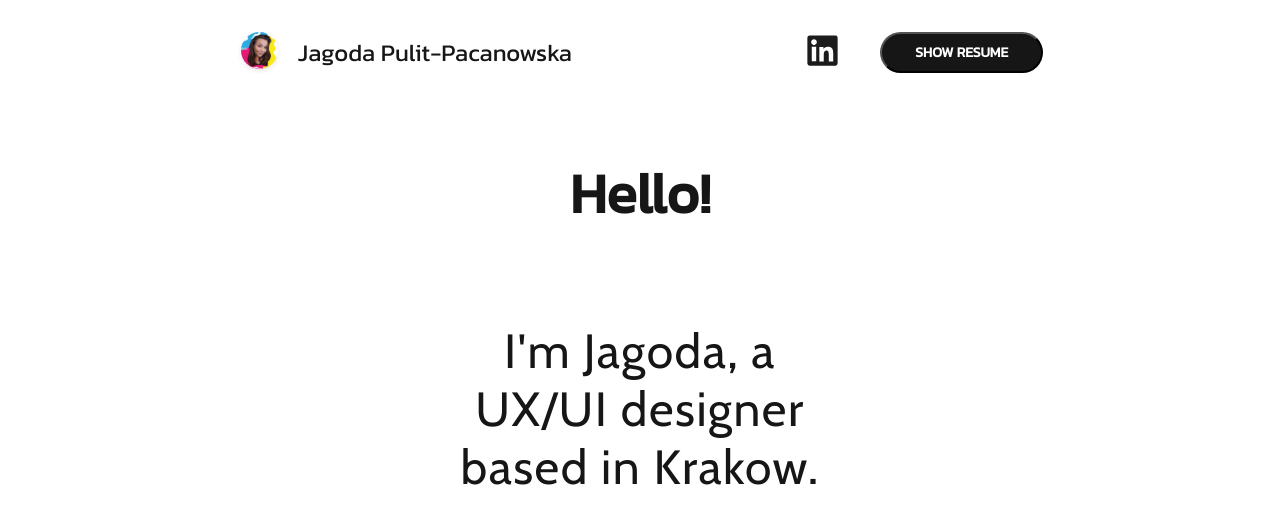
Repository: remigiuszpulit/ux-ui-portfolio
Page: /
An editor plug-in stored every save of this project. The page is shown before and after a run of saves, followed by the edit.
The browser window is 1280 px wide. The pictures show the whole page.
The project was rebuilt for these pictures with package versions that can differ from the ones it lists, and the page was loaded fresh each time.

Above is the page before, as saved 2022-09-22 21:04:23.

### src/App.js
import {
  BrowserRouter,
  Routes,
  Route,
} from "react-router-dom";
import styled from "styled-components";
import Navbar from "./components/Navbar";
import GlobalStyle from "./globalStyles";
import Index from "./pages";

function App() {
  return (<>
  <GlobalStyle/>
  <BrowserRouter>
  <Navbar/>
    <GlobalContainer>
    <Routes>
      <Route path="/" element={<Index />}>
        {/* <Route path="expenses" element={<Expenses />} />
        <Route path="invoices" element={<Invoices />} /> */}
      </Route>
    </Routes>
    </GlobalContainer>
  </BrowserRouter></>)
};

export default App;

const GlobalContainer = styled.div`
display: flex;
justify-content: center;
`

### src/components/Navbar.js
import React from 'react';
import styled from 'styled-components';
import avatar from '../static/avatar.svg'
import LinkedinIcon from '../static/LinkedinIcon.svg'
import "@fontsource/kanit"


function Navbar(props) {
return (
<NavContainer>
    <NavWrapper>
    <ItemsWrapper>
        <img src={avatar}/>
        <LogoText>
        Jagoda Pulit-Pacanowska
        </LogoText>
    </ItemsWrapper>
    <ItemsWrapper>
    <a href='https://www.linkedin.com/in/jagoda-pulit/' target={'_blank'} >
        <img src={LinkedinIcon}/>
    </a>
    <ResumeButton>
    <ResumeButtonText>
    show resume
    </ResumeButtonText>
    </ResumeButton>
    </ItemsWrapper>

    </NavWrapper>
</NavContainer>
);
}

export default Navbar;

const NavContainer = styled.nav`
height: 105px;
background: rgba(232, 228, 222, 0.01);
backdrop-filter: blur(3px);
position: sticky;
display: flex;
justify-content: center;
`

const NavWrapper = styled.div`
width: 63%;
display: flex;
justify-content: space-between;
`
const ItemsWrapper = styled.div`
display: flex;
align-items: center;
`
const LogoText = styled.h3`
margin-left: 16px;
font-family: 'Kanit';
font-style: normal;
font-weight: 500;
font-size: 24px;
line-height: 124%;
color: #161616;
`

const ResumeButton = styled.button`
display: flex;
flex-direction: row;
width: 163px;
height: 41px;
justify-content: center;
margin-left: 42px;
align-items: center;
padding: 10px;
background: #161616;
border-radius: 159px;
`

const ResumeButtonText = styled.h4`
font-family: 'Kanit';
font-style: normal;
font-weight: 600;
font-size: 14px;
line-height: 21px;
/* identical to box height */

text-transform: uppercase;

color: #FFFFFF;


/* Inside auto layout */

flex: none;
order: 0;
flex-grow: 0;
`

### src/globalStyles.js
import { createGlobalStyle } from "styled-components";


const GlobalStyle = createGlobalStyle`
  body {
    margin: 0;
    padding: 0;
  }
`;

export default GlobalStyle;

### src/pages/index.js
import React from 'react';
import styled from 'styled-components';
import "@fontsource/cabin"


function Index(props) {
return (
<Container><Head>
    <HelloText>
        Hello!
    </HelloText>
    <HeroText>
    I'm Jagoda, a UX/UI designer based in Krakow.
    </HeroText>
    </Head></Container>
);
}

export default Index;

const Container = styled.section`
width: 63%;
`

const Head = styled.div`
display: flex;
flex-direction: column;
justify-content: center;
align-items: center;
margin: unset;
`

const HelloText = styled.h1`
font-family: 'Kanit';
font-style: normal;
font-weight: 700;
font-size: 56px;
text-align: center;
color: #161616;
`

const HeroText = styled.h2`
width: 381px;
font-family: 'Cabin';
font-style: normal;
font-weight: 500;
font-size: 48px;
text-align: center;
letter-spacing: 1.5px;
color: #161616;
`

Loaded but not shown: public/index.html (common file); src/index.js (common file); src/index.css (common file); src/reportWebVitals.js (common file)

After the next 2 saves:
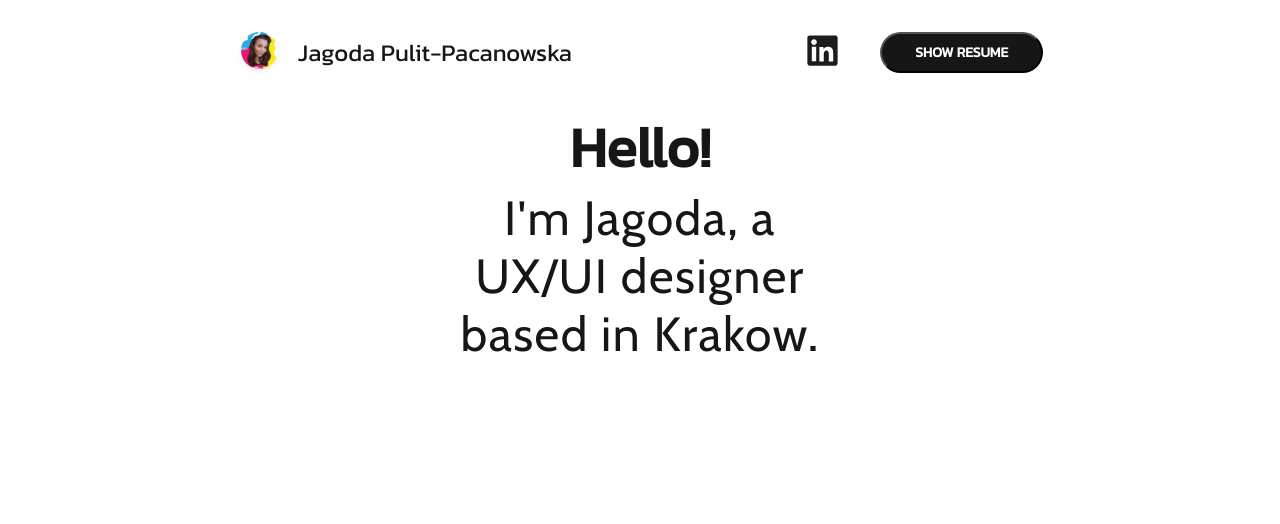
The 2 saves are shown as one change because they came seconds apart.
The last was saved 12 s later.
--- a/src/pages/index.js
+++ b/src/pages/index.js
@@ -27,7 +27,7 @@
 flex-direction: column;
 justify-content: center;
 align-items: center;
-margin: unset;
+
 `
 
 const HelloText = styled.h1`
@@ -36,6 +36,7 @@
 font-weight: 700;
 font-size: 56px;
 text-align: center;
+margin: unset;
 color: #161616;
 `
 
@@ -46,6 +47,7 @@
 font-weight: 500;
 font-size: 48px;
 text-align: center;
+margin: unset;
 letter-spacing: 1.5px;
 color: #161616;
 `
